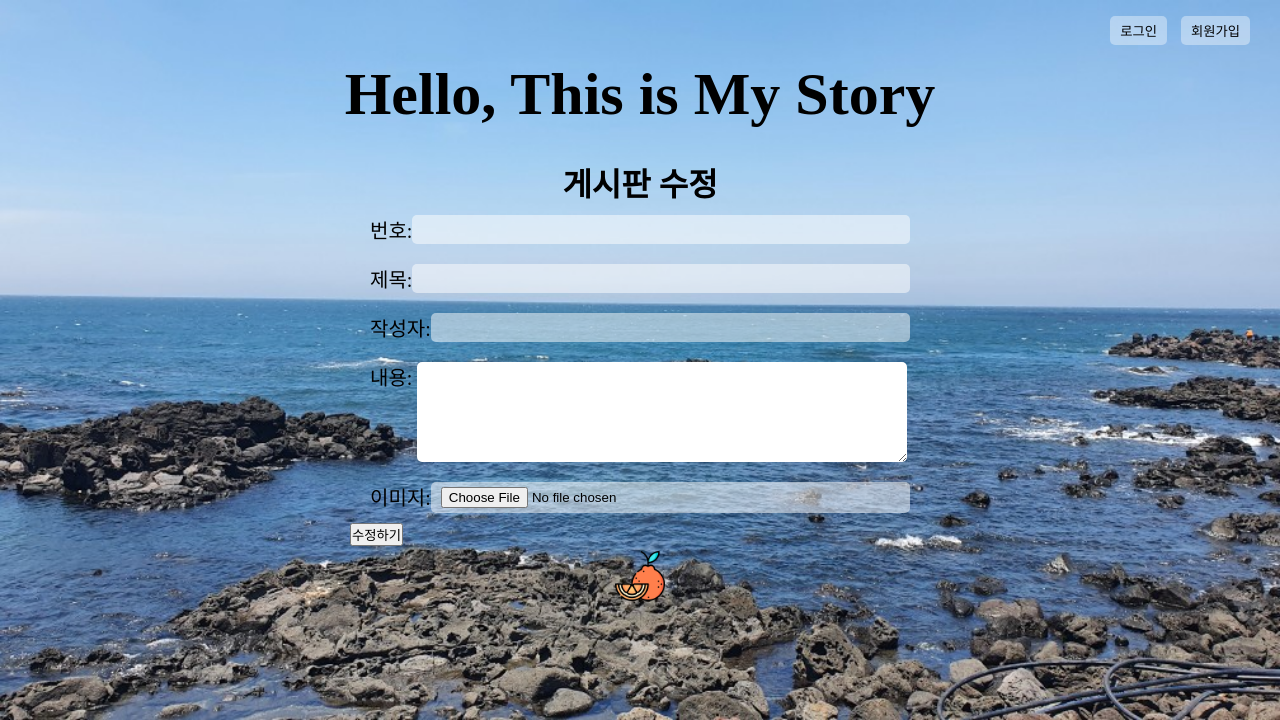
Repository: jeeniii/test2022_12_29
Page: http://localhost/portfolio/board/modify.jsp
An editor plug-in stored every save of this project. The page is shown before and after the next save, followed by the edit.
The browser window is 1280 px wide. The pictures show the whole page.
The page is served by Tomcat 9. The template is opened directly, without the code that normally fills it, so the values that code supplies are empty.

Above is the page before, as saved 2022-12-14 03:15:08.

After the next save:
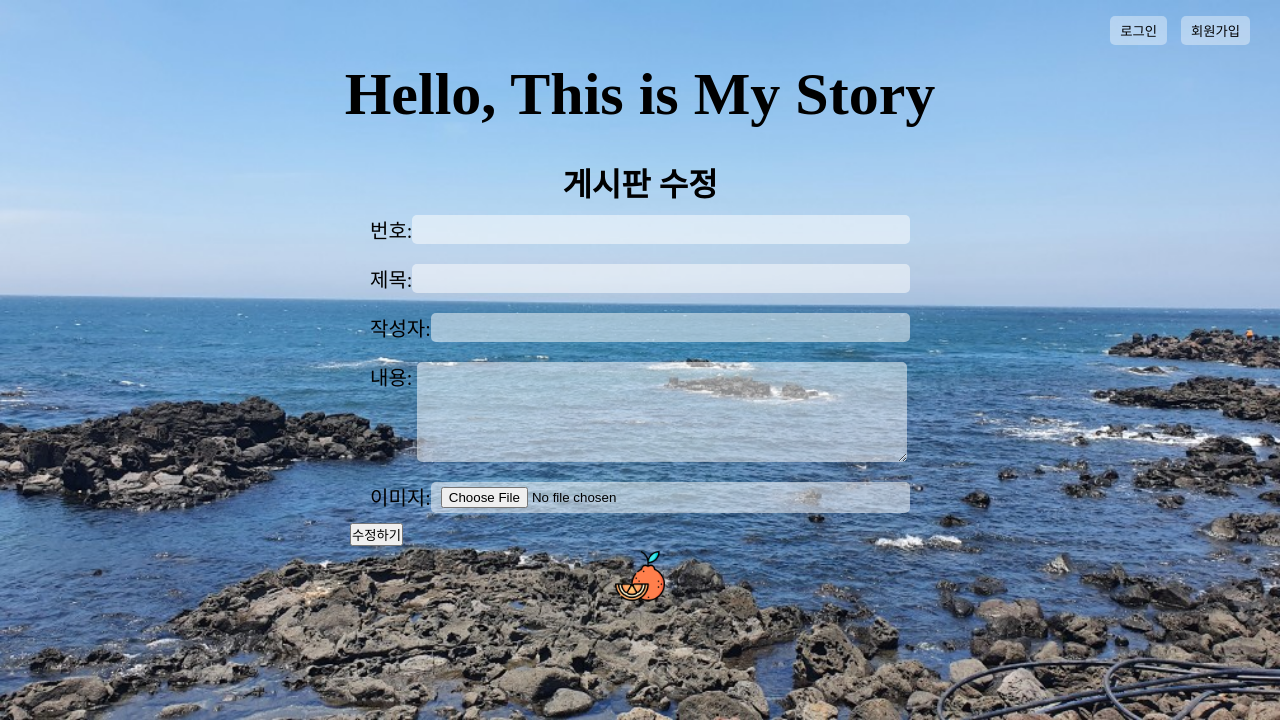
Saved 21 s later.
--- a/JSP_Portfolio/portfolio/src/main/webapp/resources/css/boardModify.css
+++ b/JSP_Portfolio/portfolio/src/main/webapp/resources/css/boardModify.css
@@ -27,4 +27,5 @@ textarea{
 	border: 0px;
 	border-radius: 5px;
 	margin-left: 5px;
+	background-color: rgba(255, 255, 255, 0.503);
 }
